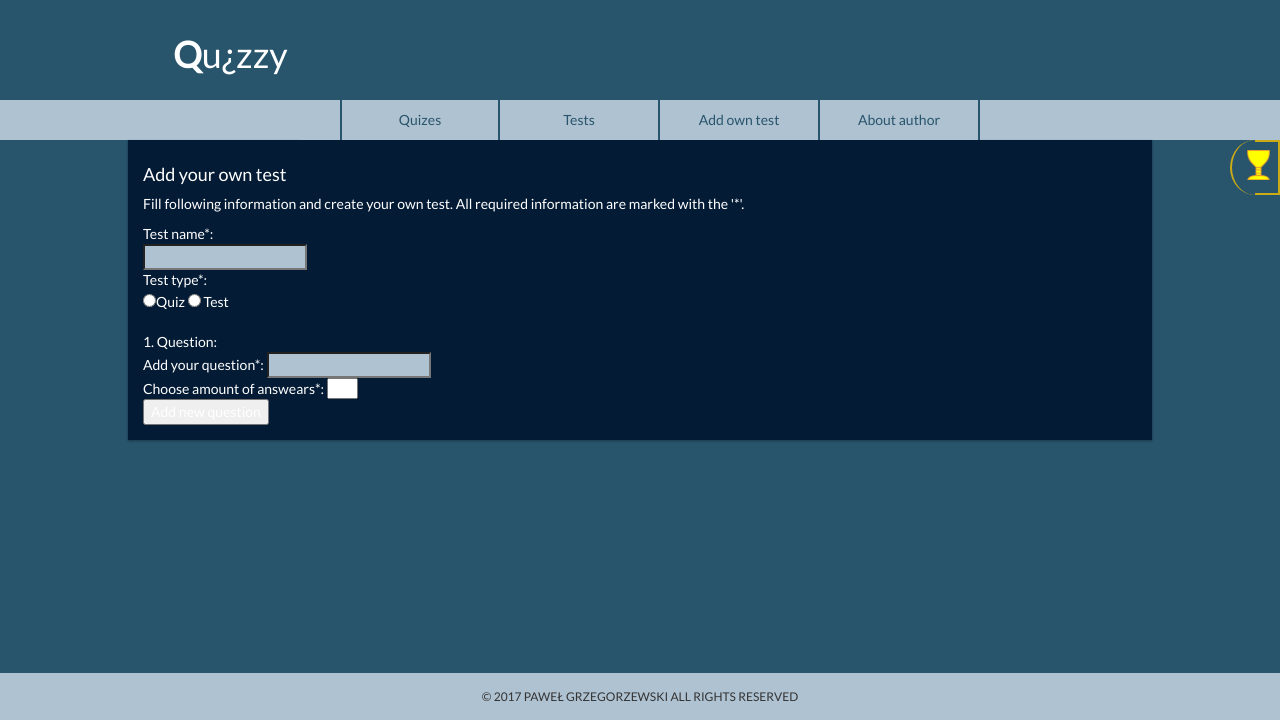
Repository: pgrzegorzewski/quiz
Page: http://localhost/app/add_test.php
These files come from the project's save history. The page is drawn as it stood at one moment and after the next save; the edit follows.
The browser window is 1280 px wide. The pictures show the whole page.
Some web libraries are served in a nearby version. The page is run by PHP 8.4 with error messages shown; the project is at /var/www/html/.

Above is the page before, as saved 2017-09-17 17:03:58.

### htdocs/app/learningapp/app/add_test.php
<!DOCTYPE html>
<html>
<head>
	<meta name="viewport" content="width=device-width, initial-scale=1.0">
	<meta http-equiv="content-type" content="text/html; charset=utf-8">
	<meta charset="utf-8">
	<link rel="stylesheet" href="https://maxcdn.bootstrapcdn.com/bootstrap/3.3.7/css/bootstrap.min.css">
	<script src="https://ajax.googleapis.com/ajax/libs/jquery/3.1.1/jquery.min.js"></script>
	<script src="https://maxcdn.bootstrapcdn.com/bootstrap/3.3.7/js/bootstrap.min.js"></script>
	<link href="https://fonts.googleapis.com/css?family=Lato" rel="stylesheet">
	<link rel="StyleSheet" href="../css/index.css" />
	<link rel="StyleSheet" href="../css/question.css" />
	<link rel="StyleSheet" href="../css/add_test.css" />
	<link rel="StyleSheet" href="../css/side_menu_leaderboard.css" />
	<script type="text/javascript" src="../js/question.js"></script>
	<script type="text/javascript" src="../js/add_test.js"></script>
	<script type="text/javascript" src="../js/side_menu_leaderboard.js"></script>
</head>

<body>

<div class="container-fluid">

	<div class= "sidemenu_2">

	</div>
	<div class= "sidemenu">
		<p style="cursor:pointer"><img src = "../resources/img/trophy.png" height = "50px" onmouseover="openLeaderboard()"/></p> <!-- &#9776; -->
	</div>
	<div id = 'leaderboard' class = 'leaderboard' onmouseleave = "closeLeaderboard()" >
		<a href = "javascript:void(0)" class = "closebtn" onclick = "closeLeaderboard()">&times;</a>
		test 1000pts;
	</div>


	<header class ="header">
		<h1 id="title"><a href ="index.php"><b>Q</b>u¿zzy</a></h1>
	</header>

	<div class="nav">
		<ol>
			<li>
				<a href ='quiz.php'>Quizes</a>
			</li>
			<li>
				<a href ='#'>Tests</a>
				<ul>
					<li><a href="#">Personality</a></li>
					<li><a href="#">Cultural</a></li>
					<li><a href="#">Science</a></li>
					<li><a href="entertaining_test.php">Entertaining</a></li>
				</ul>
			</li>
			<li>
				<a href="#" id = "visited">Add own test</a>
			</li>
			<li>
				<a href ='#'>About author</a>
			</li>
		</ol>
	</div>

	<section class = "section">
		<div id ="welcome_div">
			<h4>Add your own test</h4>
			<div id = "add_test_container">
				<p>Fill following information and create your own test. All required information are marked with the '*'.</p>
				<form>
				  Test name*:<br>
				  <input class = "testGeneralInformation" id = "testName" type ="text" name ="test_name"><br>
				  Test type*:<br>
				  <input type ="radio" name ="testTypeChoose" value = "quiz">Quiz
				  <input type ="radio" name ="testTypeChoose" value ="test"> Test
				</form><br>
				<div id = "question_container">
					<div class = 'new_question_div'>
						<form class = "newQuestion" id = '1'>
						1. Question:<br>
						Add your question*:
						<input class = "testGeneralInformation" type = "text" name = "question"><br>
						Choose amount of answears*:
						<select id = "selectAnswears1" name="answears_amount"  onchange="addAnswears(this)">
							  <option value="2">2</option>
							  <option value="3">3</option>
							  <option value="4">4</option>
						</select>
						<div id = "question_answears_container_1"></div>
						<input class = "nextQuestionAdd" id = '1' type = "button" value = "Add new question" onclick = "addNewQuestion(this)">
						</form>
					</div>
				</div>
			</div>
		</div>

	</section>
	<div class="footer">
		© 2017 PAWEŁ GRZEGORZEWSKI ALL RIGHTS RESERVED
	</div>
</div>


<script type="text/template" id="questionTemplate">
    <br>
	<div class = 'new_question_div'>
		<form class = "newQuestion" id = "{{id}}">
		{{id}} . Question:<br>
		Add your question*:
		<input class = "testGeneralInformation" type = "text" name = "question"><br>
			Choose amount of answears*:
			<select id = 'selectAnswears{{id}}' name="answears_amount" onchange="addAnswears(this)">
				  <option value="2">2</option>
				  <option value="3">3</option>
				  <option value="4">4</option>
			</select>
			<div id = "question_answears_container_{{id}}"></div>
				<input class = "nextQuestionAdd" id = "{{id}}" type = "button" value = "Add new question" onclick = "addNewQuestion(this)">
		</form>
	</div>
</script>


<script type="text/template" id="questionAnswearsTemplate">
    <br>
	<table>
		<tr>
			<td class = 'questionAnswear{{id}} id = 'answear{{id}}A' hidden = true>A<br/><input class = "question_answear_input" type = "text" name = "answear{{id}}A"></td>
			<td class = 'questionAnswear{{id}} id = 'answear{{id}}B' hidden = true>B<br/><input class = "question_answear_input" type = "text" name = "answear{{id}}B"></td>
			<td class = 'questionAnswear{{id}} id = 'answear{{id}}C' hidden = true>C<br/><input class = "question_answear_input" type = "text" name = "answear{{id}}C"></td>
			<td class = 'questionAnswear{{id}} id = 'answear{{id}}D' hidden = true>D<br/><input class = "question_answear_input" type = "text" name = "answear{{id}}D"></td>
		</tr>
	</table>
</script>


</body>
</html>


<?php
	$answearAmount = 2;

	function setAnswearAmount($value){
		$answearAmount = $value;
	}
?>

### htdocs/app/learningapp/css/index.css

.container-fluid
{
	min-height: 100%;
	background-color:#28546C;
	width:100%;
	font-family: 'Lato', sans-serif;
	margin: 0;
	padding:0;
}

h1 > a
{
	text-decoration:none;
	color: white;
}

h1 > a:hover
{
	text-decoration:none;
	color: white;
}

h1 > a:active
{
	text-decoration:none;
	color: white;
}

img{
	padding:10px;
}

#img2{
	padding:3px;
	padding-bottom:12px;
}

html {
    font-family: "Lucida Sans", sans-serif;
    background-color:#28546C;
}

h1, h2, h3 ,h4{
	color: white;
	text-align:ceter;
}

#title{
	margin-left:30px;
}

body
{
	height:100%;
	padding-bottom:60px;
	background-color:#28546C;
	margin:0 !important;

}


.title {
	text-align:center;
}

.buttons_next_prev{
	text-align:center;
}


.header {
	width:80%;
	margin:0 auto;
    background-color: #28546C;
    color: #ffffff;
    padding: 15px;
	text-decoration: none;

}

.menu_header {
	width:80%;
    background-color: #CCCCCC;
    padding: 10px;
    color: white;
    text-align: center;
    font-size: 14px;
    box-shadow: 0 1px 3px rgba(0,0,0,0.12), 0 1px 2px rgba(0,0,0,0.24);
	width:auto;
}


.section{

	width: 80%;
	margin:0 auto;
	background-color: #031B35;
    padding: 15px;
    color: white;
    text-align: justify;
    font-size: 14px;
    box-shadow: 0 1px 3px rgba(0,0,0,0.12), 0 1px 2px rgba(0,0,0,0.24);
}

td
{
	padding-right:12px;
}


.canvas{

	 width: 500px;
	 height: 300px;
	 color: #FFFFFF;
}

.nav {
	width:100%;
	background-color:#AFC2D1;
	text-align: center;

}

.nav ol
{
	margin:0;
	background-color:#AFC2D1;
	list-style:none;
	line-height: 200%;
	display:inline-block;
	vertical-align:middle;
	height:40px;
	width:680px;
}


ol a
{
	color: #28546C;
	text-decoration:none;
	display:block;
	height:40px;
	padding:6px;
	vertical-align: middle;
	text-align: center;
	z-index:200;
}

ol > li
{
	list-style:none;
	width: 160px;
	color: #28546C;
	background-color:#AFC2D1;
	border-right:2px solid #28546C;
	float:left;
	display: table-cell;

}

ol > li:hover
{
	background-color:#CAAB15;

}

ol > li a:hover
{
	color:white;
	border: 1px solid white;
}

ol > li:hover > ul
{
	display:block;
}

ol > li:hover > a
{
	color:white;
	border: 1px solid white;
}


ol > li:first-child
{
	border-left:2px solid #28546C;
}

ol > li > ul
{
	display: none;
	position: relative;
	z-index: auto;
	list-style-type: none;
	padding:0;
	margin:0 auto;
}

ol > li > ul > li
{
	border-top: 2px solid #28546C;
	background-color: #AFC2D1;

}

ol > li > ul > li > a
{
	width: 160px;
}

ol > li > ul > li:hover
{
	background-color:#CAAB15;
}

ol > li > ul > li > a:hover
{
	color:white;
	border: 1px solid white;
}

.section a:link, a:visited {

    background-color: #CCCCCC;
	padding: 3px;
	width: 50px;
    text-decoration: none;
}


.section a:hover, a:active {
    background-color: #999999;
	color: white;
}

.answear_header
{
	height:76px;
}

.answear_img
{
	margin-left:120px;
	float: left;
	height: 50px;

}
.answear
{
 	display: table;
	float: left;
	height:50px;
}


.answear > p
{
 	display: table-cell;
	vertical-align: middle;
}


.footer {
    background-color: #AFC2D1;
    font-size: 12px;
    padding: 15px;
    bottom: 0;
    position : fixed;
    width: 100%;
    text-align:center;

}

.submenu{
	display:none;
}



@media only screen and (min-width: 768px) and (max-width: 922px) {
    .col-m-1 {width: 8.33%;}
    .col-m-2 {width: 16.66%;}
    .col-m-3 {width: 25%;}
    .col-m-4 {width: 33.33%;}
    .col-m-5 {width: 41.66%;}
    .col-m-6 {width: 50%;}
    .col-m-7 {width: 58.33%;}
    .col-m-8 {width: 66.66%;}
    .col-m-9 {width: 75%;}
    .col-m-10 {width: 83.33%;}
    .col-m-11 {width: 91.66%;}
    .col-m-12 {width: 100%;}
}

@media only screen and (min-width: 922px) and (max-width: 1200px) {
    .col-1 {width: 8.33%;}
    .col-2 {width: 16.66%;}
    .col-3 {width: 25%;}
    .col-4 {width: 33.33%;}
    .col-5 {width: 41.66%;}
    .col-6 {width: 50%;}
    .col-7 {width: 58.33%;}
    .col-8 {width: 66.66%;}
    .col-9 {width: 75%;}
    .col-10 {width: 83.33%;}
    .col-11 {width: 91.66%;}
    .col-12 {width: 100%;}
}

@media only screen and (min-width: 1200px){
    .col-1 {width: 8.33%;}
    .col-2 {width: 16.66%;}
    .col-3 {width: 25%;}
    .col-4 {width: 33.33%;}
    .col-5 {width: 41.66%;}
    .col-6 {width: 50%;}
    .col-7 {width: 58.33%;}
    .col-8 {width: 66.66%;}
    .col-9 {width: 75%;}
    .col-10 {width: 83.33%;}
    .col-11 {width: 91.66%;}
    .col-12 {width: 100%;}
}

### htdocs/app/learningapp/css/question.css
#question
{
	text-align: center;

}


#question button{
	min-width: 50px;
	text-align: center;
}

#question th{
	min-width: 50px;
	text-align: center;
}

td, th > #question{
	min-width: 90px;
	padding:10px;
	text-align: center;
}

### htdocs/app/learningapp/css/add_test.css
.testGeneralInformation
{
	color:#28546C;
	background-color:#AFC2D1;
	font-size:19;

}

### htdocs/app/learningapp/css/side_menu_leaderboard.css
.leaderboard
{
	height:40%;
	width:0;
	position: fixed;
	z-index: 250;
	top: 140px;
	right: 0;
	border:0px solid #CAAB15;
	background-color:#AFC2D1;
	overflow-x: hidden;
	transition: 0.5s;
	padding-top: 60px;
	hidden:true;
	text-align:center;
}

.leaderboard .closebtn{
	position: absolute;
	top: 0;
	right:5px;
	font-size: 25px;
	margin-right: 0px;
}

.sidemenu
{
	height:55px;
	width:50px;
	border-radius:100%;
	border-left:2px solid #CAAB15;
	position: fixed;
	z-index: 200;
	top: 140px;
	right: 0;
	font-size:20px;
	text-align:center;
}

.sidemenu_2
{
	height:55px;
	width:25px;
	position: fixed;
	z-index: 150;
	top: 140px;
	right: 0;
	border-bottom:2px solid #CAAB15;
	border-top:2px solid #CAAB15;
	border-right:2px solid #CAAB15;
}

### htdocs/app/learningapp/js/question.js
window.addEventListener("resize", answearPositionChange);
window.addEventListener("load", answearPositionChange);

var success_alerts = ["Yeah, You are right;)", "Great, You earn a point", "Wow! Amazing", "Point for You;)"];
var failure_alerts = ["Maybe next time will be better", "Nope, not this time:(", "Unfortunately not;/", "That s not Your day;/"];



function checkAnswear(button)
{
	var image = document.createElement("img");
	image.setAttribute("height", "50px");
	image.setAttribute("width", "50px");

	if(button.id == 1){
		image.setAttribute("src", "../resources/img/correct.png");
	}
	else{
		image.setAttribute("src", "../resources/img/error.png");
	}

	blockButtons();
	document.getElementById("answear").innerText = drawAnswearAlert(button.id);
	document.getElementById("answear_img").appendChild(image);
	/*if(window.innerWidth > 765)
	{
		image.setAttribute("align", "left");
		document.getElementById("answear_img").appendChild(image);
	}
	else
		document.getElementById("answear").appendChild(image);*/
	changeClassButton(button, button.id);

}

function drawAnswearAlert(answearType)
{
	if(answearType == 1)
		return success_alerts[Math.floor(Math.random() * success_alerts.length)];
	else
		return failure_alerts[Math.floor(Math.random() * failure_alerts.length)];

}

function changeClassButton(button, id)
{
	if(id == 1)
	{
		button.classList.remove('btn-info');
		button.classList.add('btn-success');
	}
	else
	{
		button.classList.remove('btn-info');
		button.classList.add('btn-danger');
	}

}

function blockButtons()
{
	$(".btn").attr("disabled", "disabled");
}



function answearPositionChange() {
	if(window.innerWidth < 765){
		$(".answear_header").height(20);
		//$("#answear").width($(".col-sm-6").width()-100);				//
		//$("#answear").css('text-align',  'center');
		//$("#answear > img").attr('align' ,'middle');
	}
	else
	{
		$(".answear_header").height(76);
	}
}

### htdocs/app/learningapp/js/add_test.js
function addNewQuestion(button)
{
	button.hidden = true;
	var id = Number(button.id) + 1;

	var questionTemplate = $("#questionTemplate").html();

	$("#question_container").append(questionTemplate.replace(/{{id}}/g, id));
}

function addAnswears(select)
{
	select.disabled = true;

	var id = select.id.slice(-1);
	console.log(id);

	var answearContainer = '#question_answears_container_' + id;
	console.log(answearContainer);

	var questionAnswearTemplate = $("#questionAnswearsTemplate").html();
	$(answearContainer).append(questionAnswearTemplate.replace(/{{id}}/g, id));

	var activeAnswears = select.options[select.selectedIndex].value;

	showAnswears(activeAnswears, id);


}

function showAnswears(activeAnswears, id)
{
	var classString = "questionAnswear" + id;

	var answears = document.getElementsByClassName("questionAnswear" + id);

	console.log(answears.length);
	for (i = 0; i < activeAnswears; i++) {
	    answears[i].hidden = false;
	}
}

### htdocs/app/learningapp/js/side_menu_leaderboard.js
function openLeaderboard()
{
	document.getElementById("leaderboard").style.width = "250px";
	document.getElementById("leaderboard").style.border = "2px solid #CAAB15";

}

function closeLeaderboard()
{
	document.getElementById("leaderboard").style.width = "0px";
	document.getElementById("leaderboard").style.border = "0px solid #CAAB15";
}

After the next save:
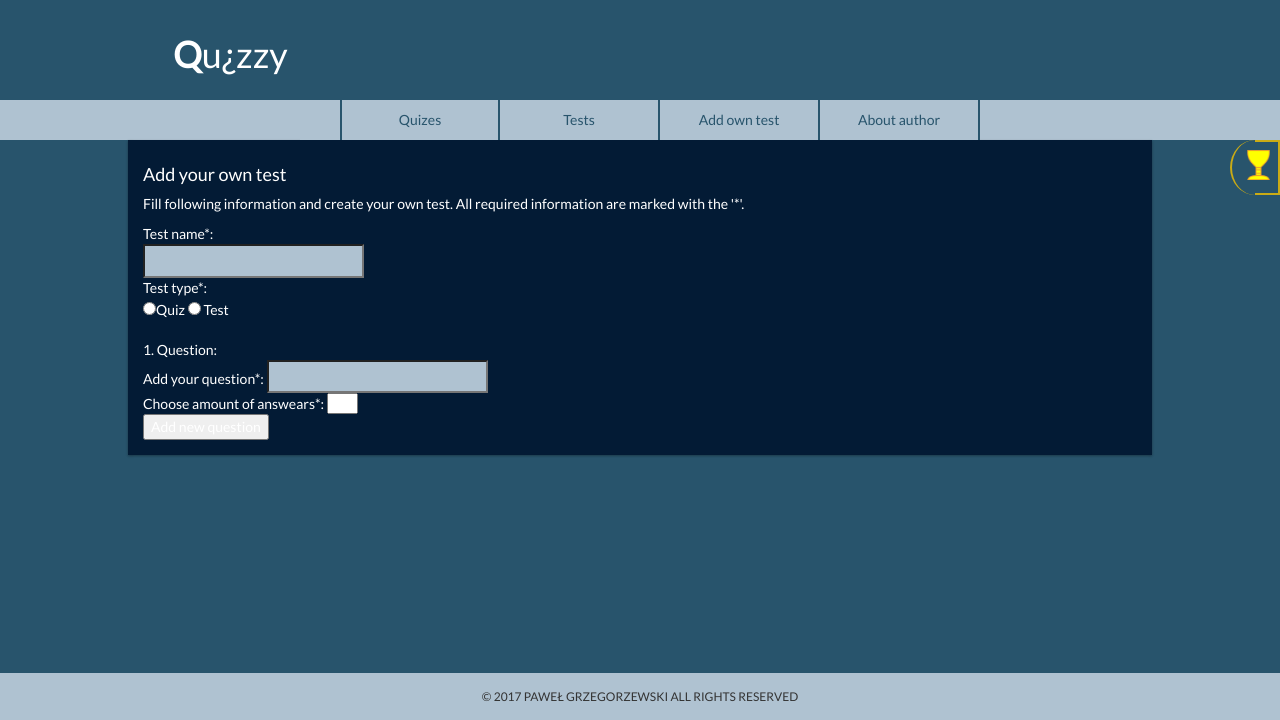
Saved 31 s later.
--- a/htdocs/app/learningapp/css/add_test.css
+++ b/htdocs/app/learningapp/css/add_test.css
@@ -2,6 +2,6 @@
 {
 	color:#28546C;
 	background-color:#AFC2D1;
-	font-size:19;
+	font-size:19px;
 
 }
